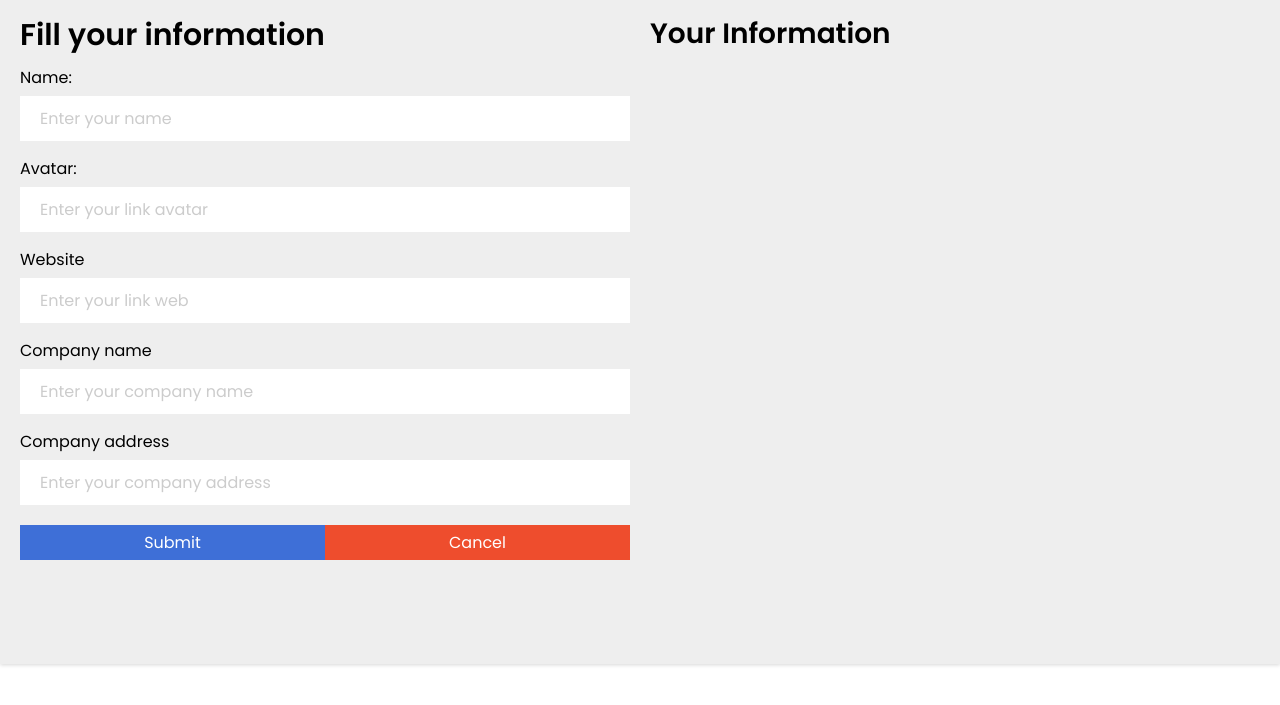
Repository: nttthao9/management
Page: index.html
The author's editor kept a copy of each file at every save. The page is drawn from the files as they stood at one save, then again after the next save.
The browser window is 1280 px wide. The pictures show the whole page.
The page's requests for data from a server got no answer. Some web libraries are served in a nearby version.

Above is the page before, as saved 2021-10-14 16:32:37.

### index.html
<!DOCTYPE html>
<html lang="en">

<head>
  <meta charset="UTF-8">
  <meta http-equiv="X-UA-Compatible" content="IE=edge">
  <meta name="viewport" content="width=device-width, initial-scale=1.0">
  <title>Promise</title>
  <link rel="preconnect" href="https://fonts.googleapis.com">
  <link rel="preconnect" href="https://fonts.gstatic.com" crossorigin>
  <link href="https://fonts.googleapis.com/css2?family=Poppins:wght@300;400;500;600&display=swap" rel="stylesheet">
  <link rel="stylesheet" href="https://cdnjs.cloudflare.com/ajax/libs/font-awesome/5.1.0-11/css/all.css"
    integrity="sha512-xO/VZFNBvip9IT+BD6Nq/pHdBvKeFcwygKqARlegjQ+5A68KsMSYrPbGP1oYow5ec9Tqq8peJXcn5J1bD4O00w=="
    crossorigin="anonymous" referrerpolicy="no-referrer" />
  <link rel="stylesheet" href="./style.css">
</head>

<body>
  <div class="container">
    <div class="fill-infor">
      <form action="" id="form" autocomplete="off">
        <h2 class="form-title">Fill your information</h2>
        <div class="fill fill-name">
          <label for="name">Name:</label>
          <input type="text" id="name" name="name" autocomplete="off" placeholder="Enter your name">
        </div>
        <div class="fill fill-avatar">
          <label for="avatar">Avatar:</label>
          <input type="text" id="avatar" name="avatar" placeholder="Enter your link avatar">
        </div>
        <div class="fill fill-link">
          <label for="link-web">Website</label>
          <input type="link-web" id="link-web" name="link-web" placeholder="Enter your link web">
        </div>
        <div class="fill fill-company">
          <label for="company">Company name</label>
          <input type="text" id="company-name" name="company-name" placeholder="Enter your company name">
          <label for="company">Company address</label>
          <input type="text" id="company-address" name="company-address" placeholder="Enter your company address">
        </div>
        <div class="fill-btn">
          <button type="submit" class=" btn btn-submit">Submit</button>
          <button type="submit" class=" btn update">Update</button>
          <button type="submit" class="btn btn-cancel">Cancel</button>
        </div>

      </form>
      <div class="manage">
        <h3 class="filled">Your Information</h3>
        <div class="manage-infor">
        </div>
      </div>
    </div>
  </div>
  <script src="./main.js"></script>
</body>

</html>

### style.css
html {
  box-sizing: border-box;
  font-size: 62.5%;
}
* {
  margin: 0;
  padding: 0;
}
*,
*:before,
*:after {
  box-sizing: border-box;
}
input,
textarea,
select,
button {
  outline: none;
}
input {
  line-height: normal;
}
label,
button {
  cursor: pointer;
}
a {
  text-decoration: none;
}
img {
  display: block;
  max-width: 100%;
}
body {
  font-family: 'Poppins', sans-serif;
  line-height: 1;
  font-size: 1.6rem;
}
.container {
  padding: 2rem;
  background-color: #eee;
  box-shadow: rgba(0, 0, 0, 0.16) 0px 1px 4px;
}
.btn {
  padding: 5px 1rem;
  border: 0;
  font-size: 1.3rem;
  font-family: 'Poppins', sans-serif;
  cursor: pointer;
  transition: all 0.25s linear;
  width: 10rem;
}
.btn:hover {
  color: #333;
}
.fill-infor {
  display: flex;
  justify-content: space-between;
}
.image {
  width: 50%;
}
img {
  width: 100%;
}
#form {
  width: 50%;
}
.form-title {
  font-size: 3rem;
  margin-bottom: 2rem;
}
.fill {
  margin-bottom: 2rem;
}
.fill-btn {
  display: flex;
  justify-content: space-between;
}
label,
input {
  display: block;
}
label {
  margin-bottom: 1rem;
}
input {
  width: 100%;
  padding: 1rem 2rem;
  border: 0;
  font-size: 1.6rem;
  font-family: 'Poppins', sans-serif;
  color: #333;
}
input::-webkit-input-placeholder {
  color: #ccc;
}
input::-moz-placeholder {
  color: #ccc;
}
input:-ms-input-placeholder {
  color: #ccc;
}
input::-ms-input-placeholder {
  color: #ccc;
}
input::placeholder {
  color: #ccc;
}
.btn-submit {
  width: 100%;
  font-size: 1.6rem;
  background-color: #3e6fd7;
  color: white;
}
.btn-cancel {
  font-size: 1.6rem;
  background-color: #ee4d2d;
  width: 100%;
  color: white;
}
.manage {
  width: 50%;
  margin-left: 2rem;
}
.infor-item {
  display: flex;
  /* justify-content: space-between; */
  align-items: center;
}
.infor-desc {
  margin: 0 2rem;
}
.infor-desc span {
  display: block;
  margin: 1rem 0;
}
.button {
  margin-left: auto;
}
.filled {
  font-size: 2.8rem;
  margin-bottom: 2rem;
}
.your-image {
  width: 20%;
  /* height: 5rem; */
}

.btn-update {
  background-color: #ffd839;
  margin-bottom: 1rem;
}
.btn-delete {
  background-color: #d62037;
}
.update {
  display: none;
  background-color: #0870b8;
  width: 100%;
  font-size: 1.6rem;
  color: white;
}
.manage-infor {
  height: 80vh;
  overflow-y: scroll;
}
#company-name {
  margin-bottom: 2rem;
}

### main.js
const api = 'https://5fa3d0d9f10026001618df85.mockapi.io/users';
const manageInfor = document.querySelector('.manage-infor');
const inputName = document.querySelector('#name');
const inputAvatar = document.querySelector('#avatar');
const inputLinkWeb = document.querySelector('#link-web');
const inputcompanyName = document.querySelector('#company-name');
const inputcompanyAddress = document.querySelector('#company-address');
const btnSubmit = document.querySelector('.btn-submit');
const updateBtn = document.querySelector('.update');
const btnCancel = document.querySelector('.btn-cancel');

let createData = {};
let company = {};
let listItems = [];
inputName.addEventListener('change', () => {
  createData.name = inputName.value;
});
inputAvatar.addEventListener('change', () => {
  createData.avatar = inputAvatar.value;
});
inputLinkWeb.addEventListener('change', () => {
  createData.website = inputLinkWeb.value;
});
inputcompanyName.addEventListener('change', () => {
  company.name = inputcompanyName.value;
});
inputcompanyAddress.addEventListener('change', () => {
  company.adress = inputcompanyAddress.value;
  createData.company = company;
});

btnSubmit.addEventListener('click', (e) => {
  updateBtn.style.display = 'none';
  e.preventDefault();
  postData(createData).then(() => getData());
  clearData();
});
btnCancel.addEventListener('click', (e) => {
  e.preventDefault();
  inputName.value = '';
  inputAvatar.value = '';
  inputLinkWeb.value = '';
  inputcompanyAddress.value = '';
  inputcompanyName.value = '';
});
const getData = async () => {
  const res = await fetch(api);
  items = await res.json();
  listItems = [...items];
  renderUser(listItems);
};

getData(api);

const postData = async (createData) => {
  const res = await fetch(api, {
    method: 'POST',
    headers: {
      'Content-Type': 'application/json',
    },
    body: JSON.stringify(createData),
  });
  alert('you added a new item!');
  return res.json();
};

function renderUser(data) {
  let inforItem = data.map((item) => {
    return ` <div class="infor-item">
    <div class="your-image">
      <img src="${item.avatar}" alt="" class="image">
    </div>
    <div class="infor-desc">
      <span class="name">${item.name}</span>
      <span class="website">${item.website}</span>
      <span class="company-name">${item.company.name}</span>
      <span class="company-address">${item.company.adress}</span>
    </div>
    <div class="button">
      <button type="submit" class="btn btn-update" data-update = "${item.id}">
        <i class="fas fa-pencil-alt"></i>Update</button>
      <button type="submit" class=" btn btn-delete" data-delete="${item.id}"><i class="fas fa-eraser"></i>Delete</button>
    </div>
  </div>`;
  });
  manageInfor.innerHTML = inforItem.join('');
  const btnUpdate = document.querySelectorAll('.btn-update');
  const btnDelete = document.querySelectorAll('.btn-delete');
  btnDelete.forEach((item) => item.addEventListener('click', handleDelete));
  btnUpdate.forEach((item) => item.addEventListener('click', handleUpDate));
}

function handleDelete(e) {
  const id = e.target.dataset.delete;
  fetch(`${api}/${id}`, {
    method: 'DELETE',
  })
    .then((res) => res.json())
    .then(() => getData());
}

function handleUpDate(e) {
  updateBtn.style.display = 'block';
  btnSubmit.style.display = 'none';
  const id = e.target.dataset.update;
  const itemParent = e.target.parentNode.parentNode;
  inputName.value = itemParent.querySelector('.name').textContent;
  inputAvatar.value = itemParent.querySelector('.image').src;
  inputLinkWeb.value = itemParent.querySelector('.website').textContent;
  inputcompanyName.value =
    itemParent.querySelector('.company-name').textContent;
  inputcompanyAddress.value =
    itemParent.querySelector('.company-address').textContent;
  updateBtn.addEventListener('click', (e) => {
    e.preventDefault();
    fetch(`${api}/${id}`, {
      method: 'PUT',
      headers: {
        'Content-Type': 'application/json',
      },
      body: JSON.stringify({
        name: inputName.value,
        avatar: inputAvatar.value,
        website: inputLinkWeb.value,
        company: {
          name: inputcompanyName.value,
          adress: inputcompanyAddress.value,
        },
      }),
    })
      .then((res) => res.json())
      .then(() => getData());
    clearData();
    updateBtn.style.display = 'none';
    btnSubmit.style.display = 'block';
  });
}
function clearData() {
  inputName.value = '';
  inputAvatar.value = '';
  inputLinkWeb.value = '';
  inputcompanyName.value = '';
  inputcompanyAddress.value = '';
}

After the next save:
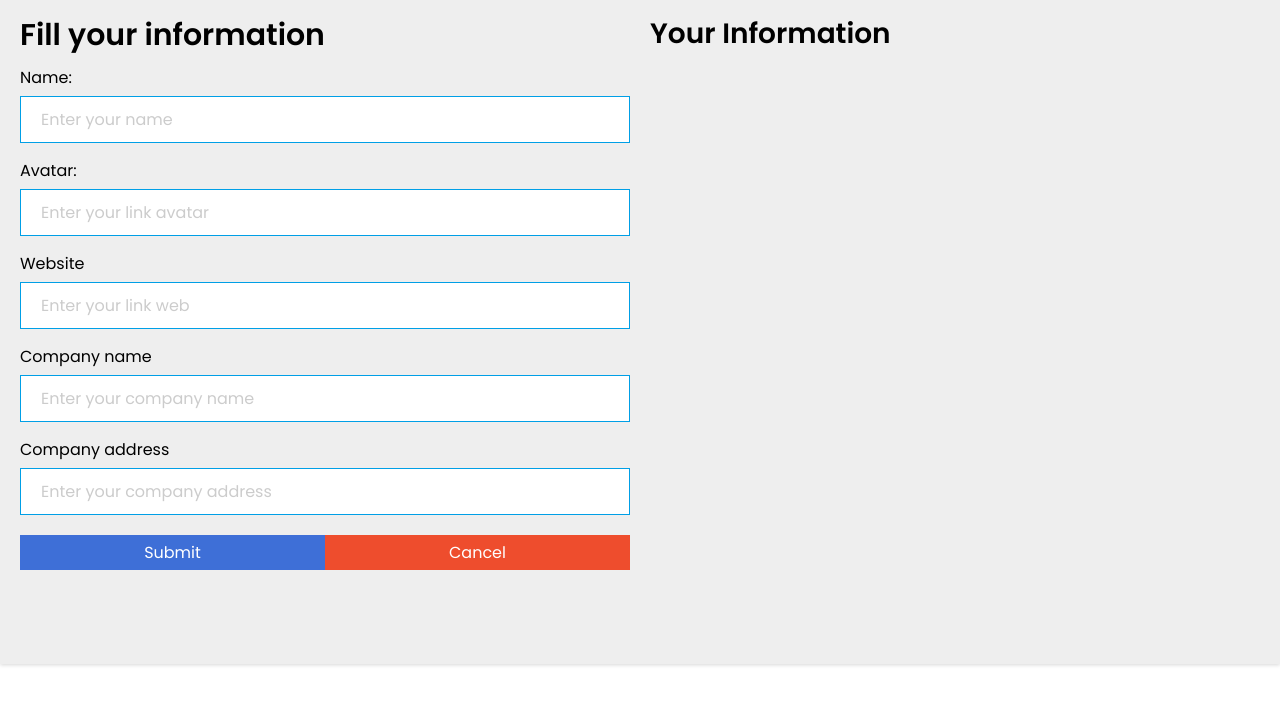
Saved 2 min 19 s later.
--- a/style.css
+++ b/style.css
@@ -87,7 +87,7 @@
 input {
   width: 100%;
   padding: 1rem 2rem;
-  border: 0;
+  border: 1px solid #009fe6;
   font-size: 1.6rem;
   font-family: 'Poppins', sans-serif;
   color: #333;

After the save that followed:
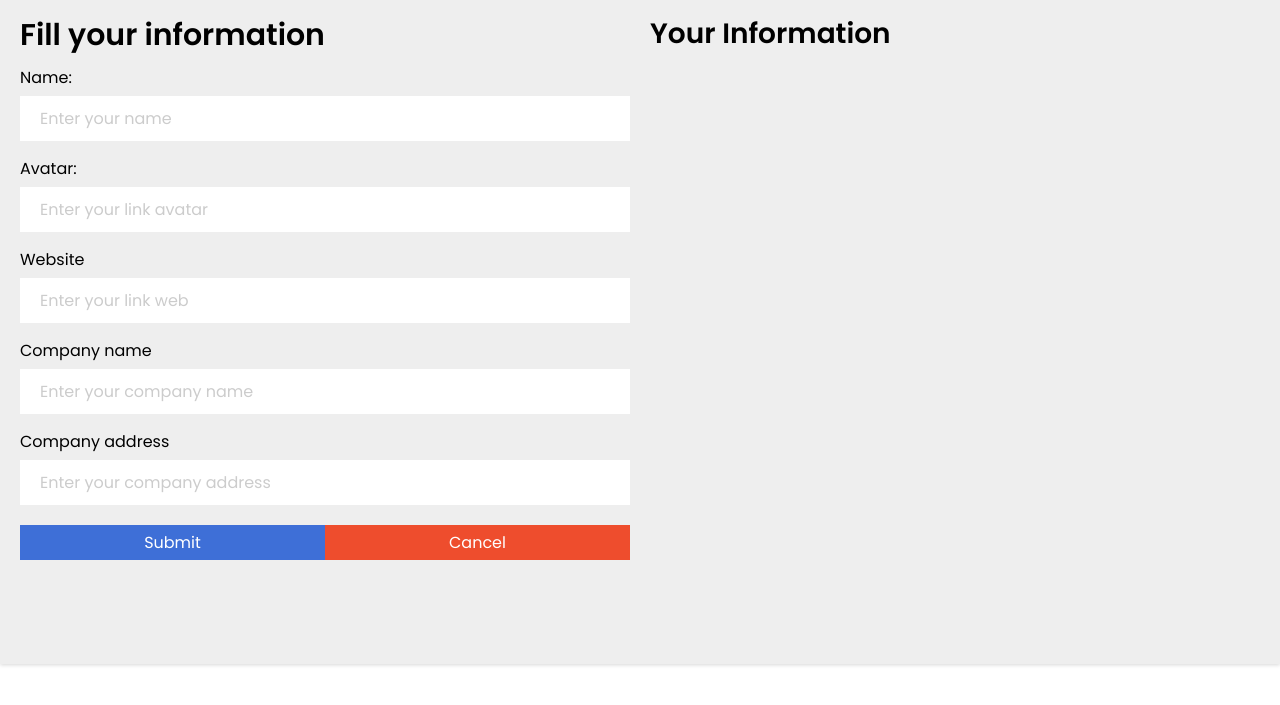
Saved 36 s later.
--- a/style.css
+++ b/style.css
@@ -87,7 +87,7 @@
 input {
   width: 100%;
   padding: 1rem 2rem;
-  border: 1px solid #009fe6;
+  border: 0;
   font-size: 1.6rem;
   font-family: 'Poppins', sans-serif;
   color: #333;
@@ -106,6 +106,9 @@
 }
 input::placeholder {
   color: #ccc;
+}
+input:active {
+  border: 1px solid #009fe6;
 }
 .btn-submit {
   width: 100%;
